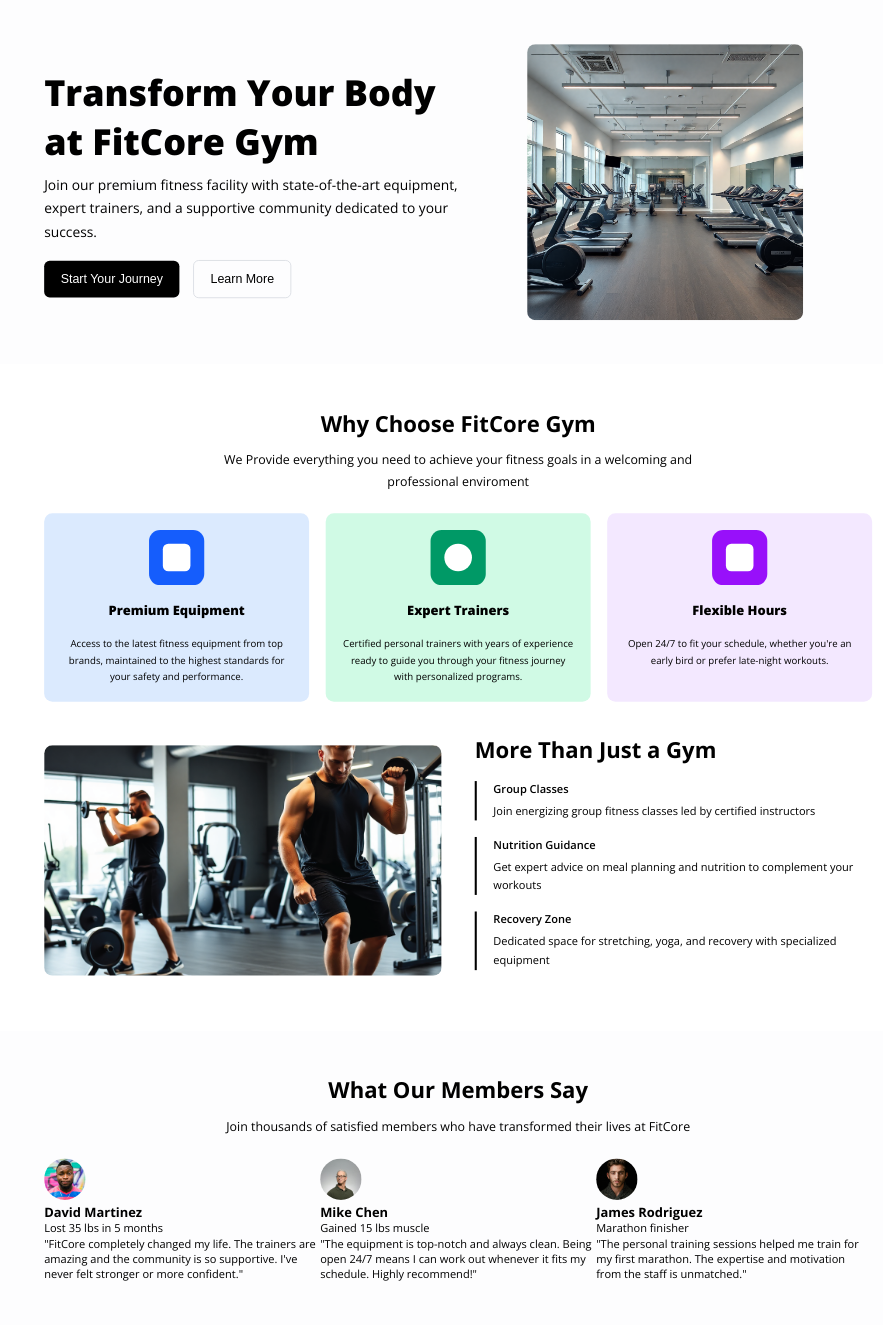
Repository: abdobadawi-ops/Route-Academy-Assignments
Page: Secon Assignment - fit-core-gym/index.html
The author's editor kept a copy of each file at every save. The page is drawn from the files as they stood at one save, then again after the next save.
The browser window is 1280 px wide. The pictures show the whole page, at 69% of full size.

Above is the page before, as saved 2026-04-28 13:37:19.

### Secon Assignment - fit-core-gym/index.html
<!doctype html>
<html lang="en">
  <head>
    <meta charset="UTF-8" />
    <meta name="viewport" content="width=device-width, initial-scale=1.0" />
    <title>FitCore Gym | Assignment 2</title>
    <meta
      name="description"
      content="Transform Your Body at FitCore Gym, We provide everything you need to achieve your fitness goals in a welcoming and professional environment."
    />
    <link rel="shortcut icon" href="./imgs/favicon.png" type="image/x-icon" />
    <link rel="preconnect" href="https://fonts.googleapis.com" />
    <link rel="preconnect" href="https://fonts.gstatic.com" crossorigin />
    <link
      href="https://fonts.googleapis.com/css2?family=Open+Sans:ital,wght@0,300..800;1,300..800&display=swap"
      rel="stylesheet"
    />
    <link rel="stylesheet" href="./style.css" />
  </head>
  <body>
    <header>
      <div class="container grid-2-cols">
        <div class="left">
          <h1>Transform Your Body at FitCore Gym</h1>
          <p>
            Join our premium fitness facility with state-of-the-art equipment,
            expert trainers, and a supportive community dedicated to your
            success.
          </p>
          <div class="buttons">
            <button class="btn btn--main">Start Your Journey</button>
            <button class="btn btn--alt">Learn More</button>
          </div>
        </div>
        <img src="./imgs/hero-section-img.png" alt="fitcore gym" />
      </div>
    </header>

    <section>
      <div class="container">
        <div class="section-heading">
          <h2>Why Choose FitCore Gym</h2>
          <p>
            We Provide everything you need to achieve your fitness goals in a
            welcoming and professional enviroment
          </p>
        </div>

        <div class="features grid-3-cols">
          <div class="feat">
            <div class="icon">
              <div></div>
            </div>
            <h3>Premium Equipment</h3>
            <p>
              Access to the latest fitness equipment from top brands, maintained
              to the highest standards for your safety and performance.
            </p>
          </div>
          <div class="feat">
            <div class="icon">
              <div></div>
            </div>
            <h3>Expert Trainers</h3>
            <p>
              Certified personal trainers with years of experience ready to
              guide you through your fitness journey with personalized programs.
            </p>
          </div>
          <div class="feat">
            <div class="icon">
              <div></div>
            </div>
            <h3>Flexible Hours</h3>
            <p>
              Open 24/7 to fit your schedule, whether you're an early bird or
              prefer late-night workouts.
            </p>
          </div>
        </div>

        <div class="premium grid-2-cols">
          <img
            src="./imgs/why-choose-us.png"
            alt="Men left weights in the gym"
          />
          <div class="items">
            <h3>More Than Just a Gym</h3>
            <div class="item">
              <h4>Group Classes</h4>
              <p>
                Join energizing group fitness classes led by certified
                instructors
              </p>
            </div>
            <div class="item">
              <h4>Nutrition Guidance</h4>
              <p>
                Get expert advice on meal planning and nutrition to complement
                your workouts
              </p>
            </div>
            <div class="item">
              <h4>Recovery Zone</h4>
              <p>
                Dedicated space for stretching, yoga, and recovery with
                specialized equipment
              </p>
            </div>
          </div>
        </div>
      </div>
    </section>

    <section class="special-bg">
      <div class="container">
        <div class="section-heading">
          <h2>What Our Members Say</h2>
          <p>
            Join thousands of satisfied members who have transformed their lives
            at FitCore
          </p>
        </div>

        <div class="testimonials grid-3-cols">
          <div class="review">
            <div class="author-box">
              <img
                src="./imgs/avatar-1.jpg"
                alt="David Martinez"
                class="author-img"
              />
              <div class="author-info">
                <h3 class="author-name">David Martinez</h3>
                <p class="author-desc">Lost 35 lbs in 5 months</p>
              </div>
              <p class="review-text">
                "FitCore completely changed my life. The trainers are amazing
                and the community is so supportive. I've never felt stronger or
                more confident."
              </p>
            </div>
          </div>

          <div class="review">
            <div class="author-box">
              <img
                src="./imgs/avatar-2.jpg"
                alt="Mike Chen
"
                class="author-img"
              />
              <div class="author-info">
                <h3 class="author-name">Mike Chen</h3>
                <p class="author-desc">Gained 15 lbs muscle</p>
              </div>
              <p class="review-text">
                "The equipment is top-notch and always clean. Being open 24/7
                means I can work out whenever it fits my schedule. Highly
                recommend!"
              </p>
            </div>
          </div>

          <div class="review">
            <div class="author-box">
              <img
                src="./imgs/avatar-3.jpg"
                alt="James Rodriguez"
                class="author-img"
              />
              <div class="author-info">
                <h3 class="author-name">James Rodriguez</h3>
                <p class="author-desc">Marathon finisher</p>
              </div>
              <p class="review-text">
                "The personal training sessions helped me train for my first
                marathon. The expertise and motivation from the staff is
                unmatched."
              </p>
            </div>
          </div>
        </div>
      </div>
    </section>
  </body>
</html>

### Secon Assignment - fit-core-gym/style.css
/* variables */
:root {
  --main-color: #000;
  --section-color: #fdfdfe;
}

/* global rules */
* {
  box-sizing: border-box;
  margin: 0;
  padding: 0;
}

body {
  font-family: "Open Sans", sans-serif;
}

.container {
  width: 1200px;
  margin-inline: auto;
}

section {
  padding: 64px;
}

.special-bg {
  background-color: var(--section-color);
}

/* components */
.grid-2-cols {
  display: grid;
  grid-template-columns: repeat(2, 1fr);
  align-items: center;
}

.grid-3-cols {
  display: grid;
  grid-template-columns: repeat(3, 1fr);
}

.section-heading {
  text-align: center;
  width: 700px;
  margin-inline: auto;
  margin-bottom: 32px;

  h2 {
    font-size: 32px;
    margin-bottom: 16px;
  }

  p {
    font-size: 18px;
    line-height: 1.7;
  }
}

/* header */

header {
  background-color: var(--section-color);
  padding: 64px;
  & h1 {
    font-size: 52px;
    font-weight: 900;
  }

  p {
    font-size: 20px;
    line-height: 1.7;
    margin-top: 12px;
    margin-bottom: 24px;
  }

  .btn {
    background: none;
    border: none;
    font-size: 18px;
    color: #fff;
    padding: 16px 24px;
    border-radius: 8px;
    cursor: pointer;
  }

  .buttons {
    display: flex;
    align-items: center;
    gap: 20px;
  }

  .btn--main {
    background-color: var(--main-color);
  }

  .btn--alt {
    background-color: var(--section-color);
    color: var(--main-color);
    border: 1px solid #d1d5dc;
  }

  img {
    width: 400px;
    justify-self: center;
    border-radius: 12px;
  }
}

/* features */

.features {
  column-gap: 24px;
  text-align: center;
  margin-bottom: 48px;

  .feat {
    display: flex;
    flex-direction: column;
    gap: 24px;
    padding: 24px;
    border-radius: 12px;

    h3 {
      font-weight: 800;
    }

    p {
      font-size: 14px;
      line-height: 1.7;
    }
  }

  .icon {
    width: 80px;
    height: 80px;
    border-radius: 16px;
    margin-inline: auto;
    background-color: #155dfc;
    display: flex;
    align-items: center;
    justify-content: center;

    & div {
      width: 40px;
      height: 40px;
      background-color: #fff;
      border-radius: 8px;
    }
  }

  .feat:nth-child(1) {
    background-color: #dbeafe;
  }

  .feat:nth-child(2) {
    background-color: #d0fae5;

    .icon {
      background-color: #009966;

      div {
        border-radius: 50%;
      }
    }
  }

  .feat:nth-child(3) {
    background-color: #f3e8ff;

    .icon {
      background-color: #9810fa;
    }
  }
}

.premium {
  gap: 48px;

  img {
    width: 100%;
    border-radius: 12px;
  }

  h3 {
    font-size: 32px;
    margin-bottom: 24px;
  }

  .item {
    display: flex;
    flex-direction: column;
    border-left: 3px solid #000;
    padding-left: 24px;
    margin-bottom: 24px;

    h4 {
      margin-bottom: 8px;
      font-weight: 600;
    }

    p {
      font-size: 16px;
      line-height: 1.7;
    }
  }
}

/* testimonials */

.testimonials {
  .author-img {
    width: 60px;
    border-radius: 50%;
  }
}

After the next save:
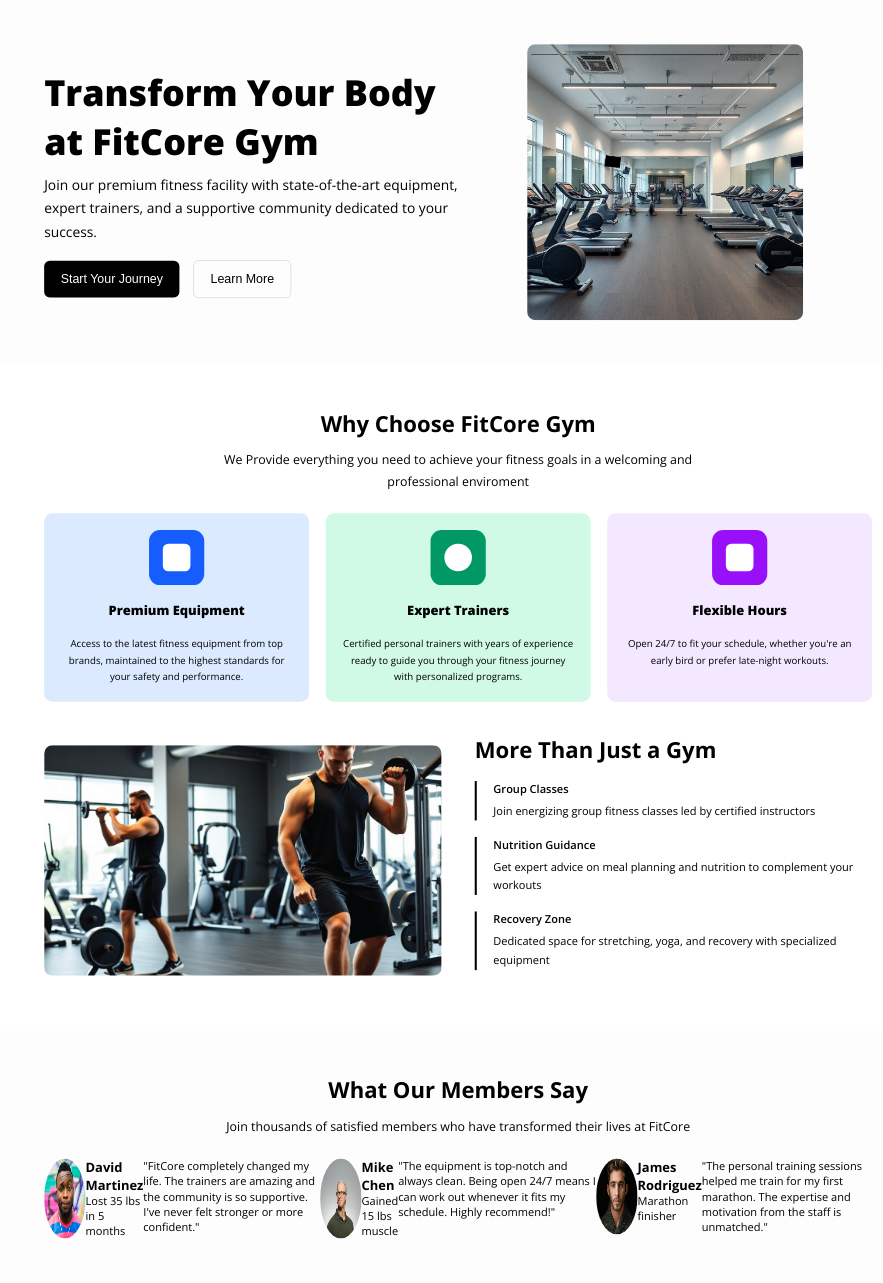
Saved 18 s later.
--- a/Secon Assignment - fit-core-gym/style.css
+++ b/Secon Assignment - fit-core-gym/style.css
@@ -209,6 +209,10 @@ header {
 /* testimonials */
 
 .testimonials {
+  .author-box {
+    display: flex;
+  }
+
   .author-img {
     width: 60px;
     border-radius: 50%;
